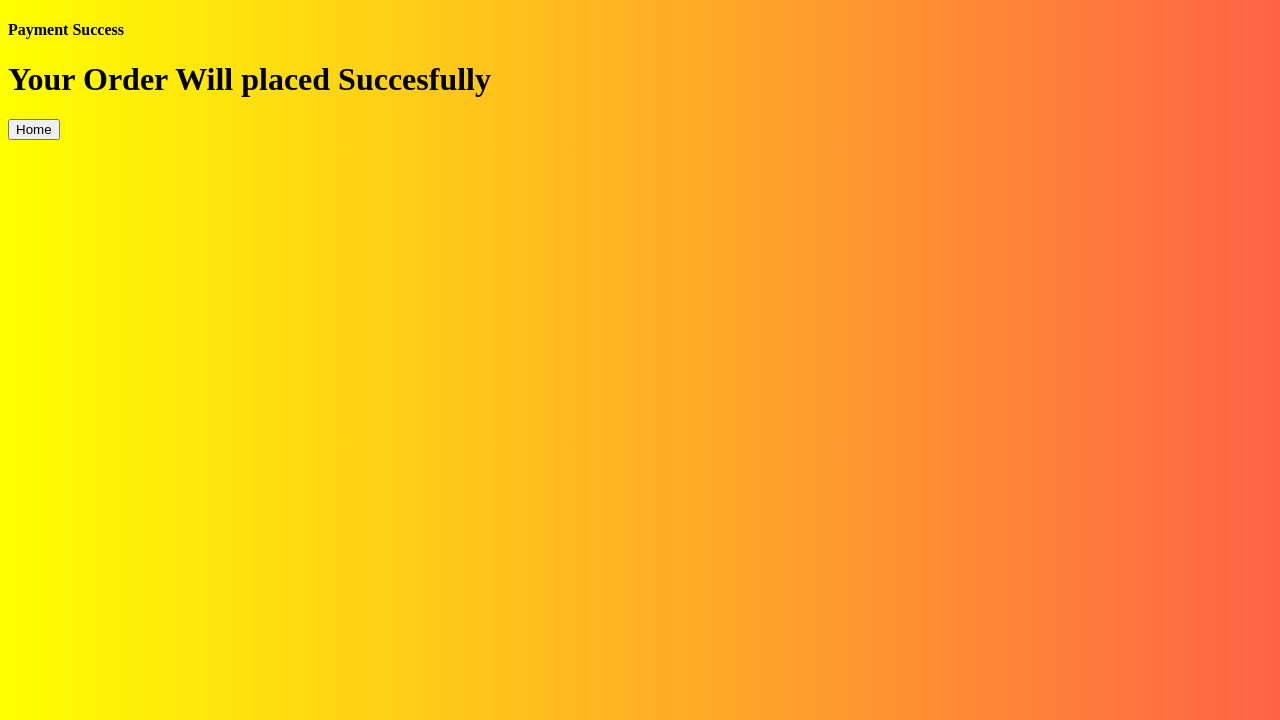
Repository: selvakumar46/Project-Maven
Page: http://localhost/ProjectKFC/complete.jsp
These files come from the project's save history. The page is drawn as it stood at one moment and after the next save; the edit follows.
The browser window is 1280 px wide. The pictures show the whole page.
The page is served by Tomcat 9. Nobody is signed in. The application's start-up code is not run. Other server files are loaded and not shown.

Above is the page before, as saved 2022-01-10 09:08:35.

### ProjectKFC/src/main/webapp/complete.jsp
<%@ page language="java" contentType="text/html; charset=ISO-8859-1"
    pageEncoding="ISO-8859-1"%>
<!DOCTYPE html>
<html>
<head>
<meta charset="ISO-8859-1">
<title>complete</title>
<style >
body {
	background:linear-gradient(to right,yellow,tomato);
}
</style>
</head>
<body>
	<form action="mainPage.jsp">
		<div>
			<h4>Payment Success</h4>
			<h1>Your Order Will placed Succesfully</h1>
			<button type="submit">Home</button>
		</div>
	</form>
</body>
</html>

After the next save:
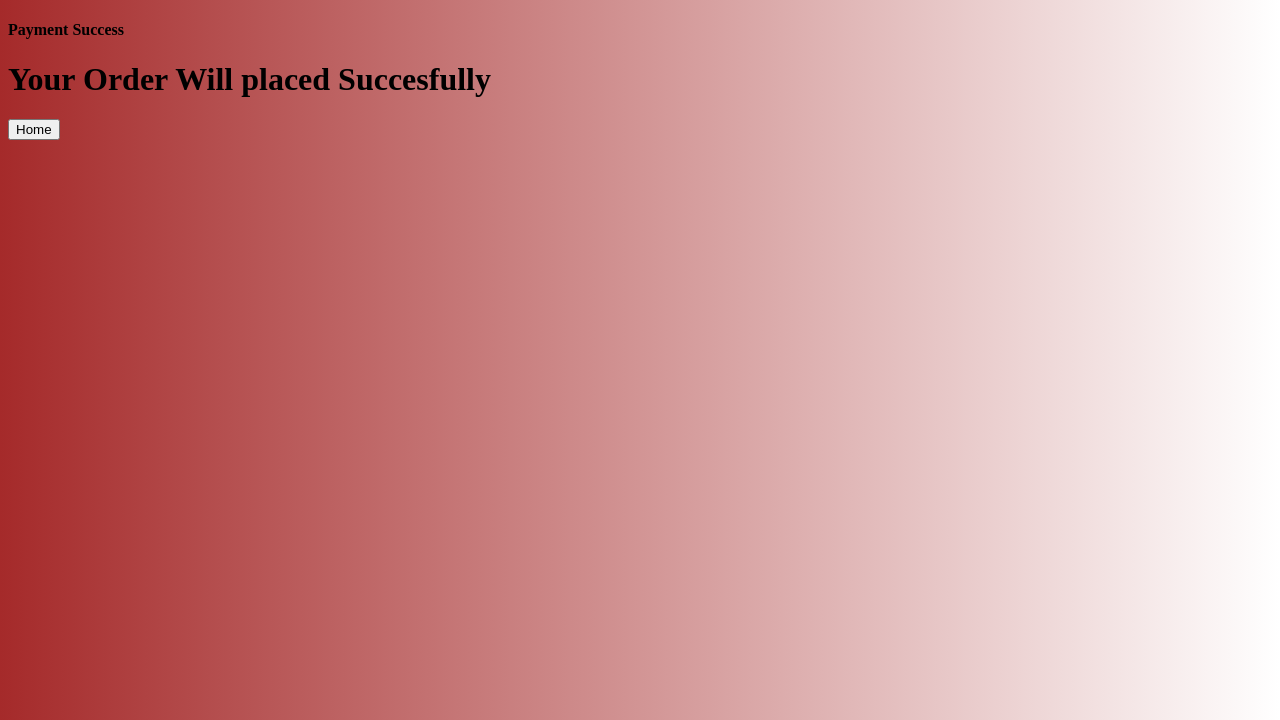
Saved 12 s later.
--- a/ProjectKFC/src/main/webapp/complete.jsp
+++ b/ProjectKFC/src/main/webapp/complete.jsp
@@ -7,7 +7,7 @@
 <title>complete</title>
 <style >
 body {
-	background:linear-gradient(to right,yellow,tomato);
+	background:linear-gradient(to right,brown,white);
 }
 </style>
 </head>
